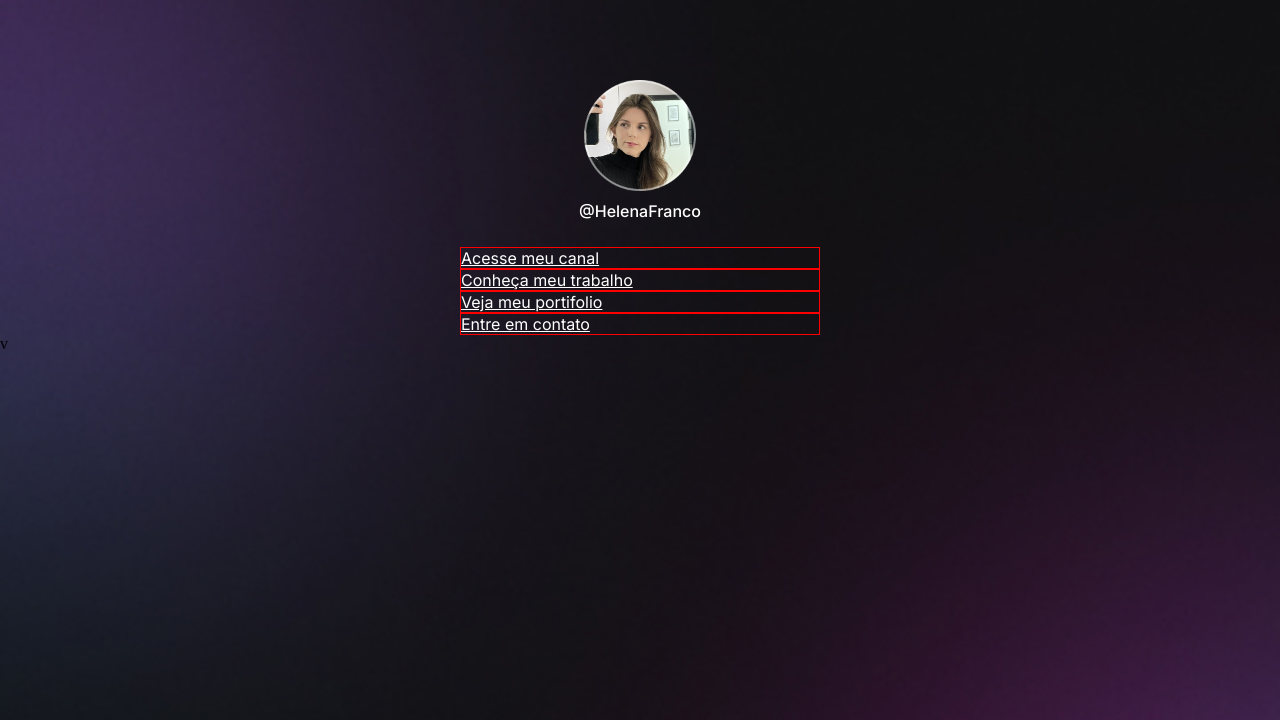
Repository: Fr4nc021/Pagina-de-links-
Page: index.html
An editor plug-in stored every save of this project. The page is shown before and after the next save, followed by the edit.
The browser window is 1280 px wide. The pictures show the whole page.

Above is the page before, as saved 2025-02-10 16:38:46.

### index.html
<!DOCTYPE html>
<html lang="pt-br">
<head>
    <link rel="preconnect" href="https://fonts.googleapis.com">
    <link rel="preconnect" href="https://fonts.gstatic.com" crossorigin>
    <link href="https://fonts.googleapis.com/css2?family=Inter:ital,opsz,wght@0,14..32,100..900;1,14..32,100..900&display=swap" rel="stylesheet">
    <meta charset="UTF-8">
    <meta name="viewport" content="width=device-width, initial-scale=1.0">
    <title>DevLinks</title>
    <link rel="stylesheet" href="style.css">
</head>
<body>
    <div id="container">
    <div id="profile">
    <img
        src="./assets/avatar.png"
        alt="Foto da Helena Franco sorrindo">
        <p>@HelenaFranco</p>
    </div>
    <div>
        <ul>
            <li>
                <a href="#" target="_blank">Acesse meu canal</a>
            </li>
            <li>
                <a href="#" target="_blank">Conheça meu trabalho</a>
            </li>
            <li>
                <a href="#" target="_blank">Veja meu portifolio</a>
            </li>
            <li>
                <a href="#" target="_blank">Entre em contato</a>
            </li>
        </ul>
    </div>
    </div>
</body> v
</html>

### style.css
* {
    margin: 0%;
    padding: 0%;
    box-sizing: border-box;
}


body {
background: url(./assets/bg-mobile.jpg) no-repeat top center/cover;
}

body * {
        font-family: "Inter", sans-serif;
        color: #ffffff
      }

#container {
    width: 360px;
    margin: 56px auto 0px
}

#profile img {
    width: 112px;
    display: block;
    margin: auto;

}

#profile {
    text-align: center;
    padding: 24px;
}

#profile p {
    font-weight: 500;
    line-height: 24px;
    margin-top: 8px;
}

/* Links */

ul{
    list-style: none;
}

ul li a {
        border: 1px solid red;
        display: flex;
        flex-direction: row;

}

After the next save:
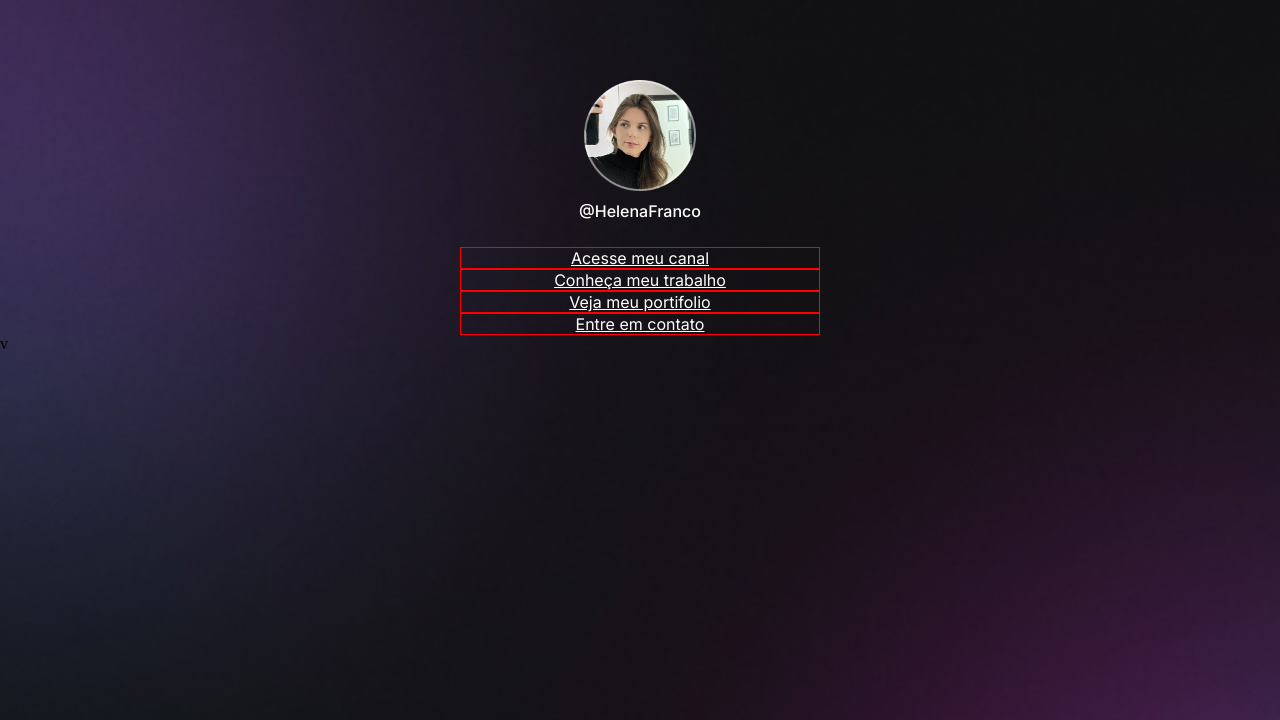
Saved 28 s later.
--- a/style.css
+++ b/style.css
@@ -45,7 +45,7 @@ ul{
 
 ul li a {
         border: 1px solid red;
+
         display: flex;
-        flex-direction: row;
-
+        justify-content: center;
 }
